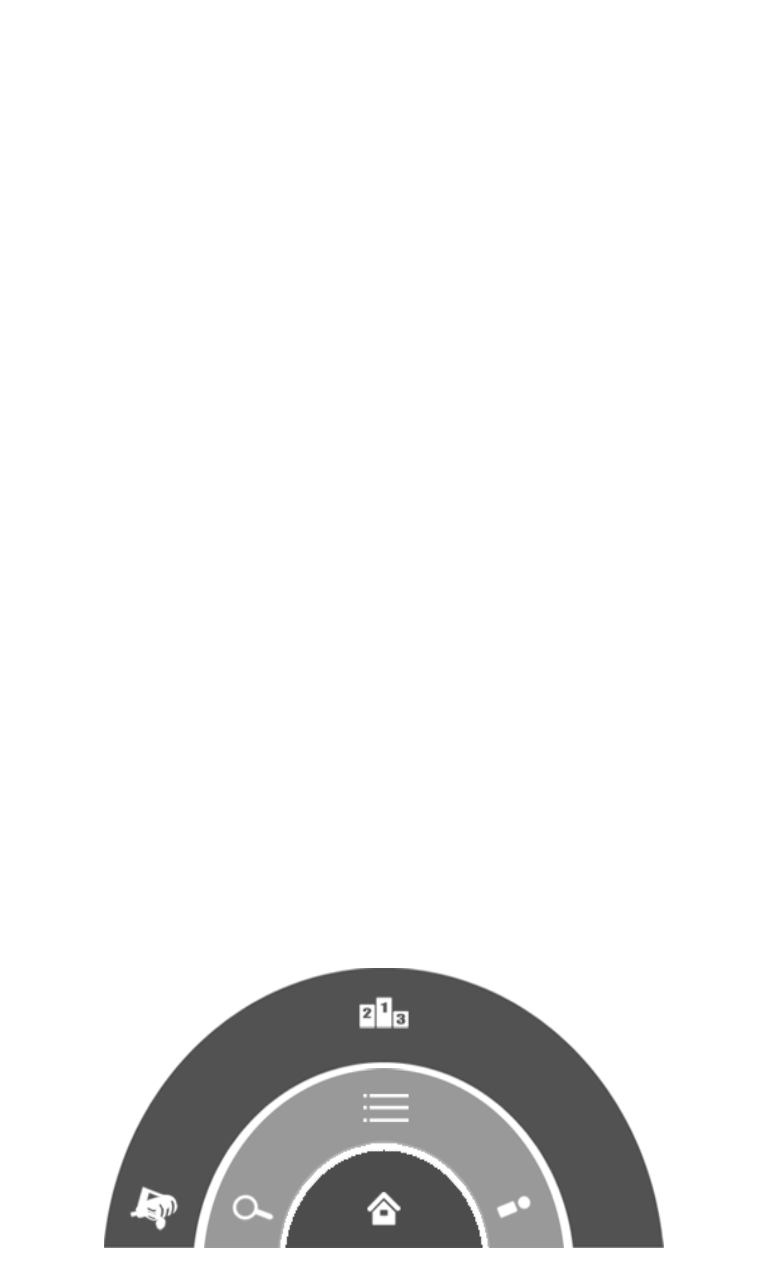
Repository: xfhy/Usually-learn-Android
Layout: 自定义控件/02_优酷菜单/res/layout/activity_main.xml
These files come from the project's save history. The layout is drawn as it stood at one moment and after the next save; the edit follows.
It is drawn on a 768 x 1280 px phone screen (xhdpi) without system bars, with theme AppTheme; the app's code is not run. The app's manifest (not shown) leaves right-to-left support off. So textAlignment, textDirection and layoutDirection are ignored, and left and right values win over start and end ones.

Above is the layout before, as saved 2017-03-29 01:44:55.

### 自定义控件/02_优酷菜单/res/layout/activity_main.xml
<RelativeLayout xmlns:android="http://schemas.android.com/apk/res/android"
    xmlns:tools="http://schemas.android.com/tools"
    android:layout_width="match_parent"
    android:layout_height="match_parent"
    android:paddingBottom="@dimen/activity_vertical_margin"
    android:paddingLeft="@dimen/activity_horizontal_margin"
    android:paddingRight="@dimen/activity_horizontal_margin"
    android:paddingTop="@dimen/activity_vertical_margin"
    tools:context="com.xfhy.youkumenu.MainActivity$PlaceholderFragment" >

    <RelativeLayout
        android:layout_width="100dp"
        android:layout_height="50dp"
        android:layout_alignParentBottom="true"
        android:layout_centerHorizontal="true"
        android:background="@drawable/level1" >

        <ImageButton
            android:layout_width="wrap_content"
            android:layout_height="wrap_content"
            android:layout_centerInParent="true"
            android:background="@null"
            android:src="@drawable/icon_home"/>

    </RelativeLayout>

    <RelativeLayout
        android:layout_width="180dp"
        android:layout_height="90dp"
        android:layout_alignParentBottom="true"
        android:layout_centerHorizontal="true"
        android:background="@drawable/level2" >

        <ImageButton
            android:layout_width="wrap_content"
            android:layout_height="wrap_content"
            android:layout_centerHorizontal="true"
            android:background="@null"
            android:layout_marginTop="5dp"
            android:src="@drawable/icon_menu"/>

        <ImageButton
            android:layout_width="wrap_content"
            android:layout_height="wrap_content"
            android:background="@null"
			android:layout_alignParentBottom="true"
			android:layout_alignParentStart="true"
			android:layout_marginStart="10dp"
			android:layout_marginBottom="5dp"
            android:src="@drawable/icon_search"/>

        <ImageButton
            android:layout_width="wrap_content"
            android:layout_height="wrap_content"
            android:background="@null"
			android:layout_alignParentBottom="true"
			android:layout_alignParentEnd="true"
			android:layout_marginEnd="10dp"
			android:layout_marginBottom="5dp"
            android:src="@drawable/icon_myyouku"/>

    </RelativeLayout>

    <RelativeLayout
        android:layout_width="280dp"
        android:layout_height="140dp"
        android:layout_alignParentBottom="true"
        android:layout_centerHorizontal="true"
        android:background="@drawable/level3" >

        <ImageButton
            android:layout_width="wrap_content"
            android:layout_height="wrap_content"
            android:layout_centerHorizontal="true"
            android:background="@null"
            android:layout_marginTop="7dp"
            android:src="@drawable/channel4"/>

        <ImageButton
            android:layout_width="wrap_content"
            android:layout_height="wrap_content"
            android:background="@null"
			android:layout_alignParentBottom="true"
			android:layout_alignParentStart="true"
			android:layout_marginStart="10dp"
			android:layout_marginBottom="5dp"
            android:src="@drawable/channel1"/>

        <ImageButton
            android:layout_width="wrap_content"
            android:layout_height="wrap_content"
            android:background="@null"
			android:layout_alignParentBottom="true"
			android:layout_alignParentStart="true"
			android:layout_marginStart="10dp"
			android:layout_marginBottom="5dp"
            android:src="@drawable/channel7"/>

    </RelativeLayout>

</RelativeLayout>

Loaded but not shown: 自定义控件/02_优酷菜单/res/values/styles.xml (common file); 自定义控件/02_优酷菜单/res/values-v11/styles.xml (common file); 自定义控件/02_优酷菜单/res/values-v14/styles.xml (common file); 自定义控件/02_优酷菜单/res/values/dimens.xml (common file); 自定义控件/02_优酷菜单/res/values-w820dp/dimens.xml (common file)

After the next save:
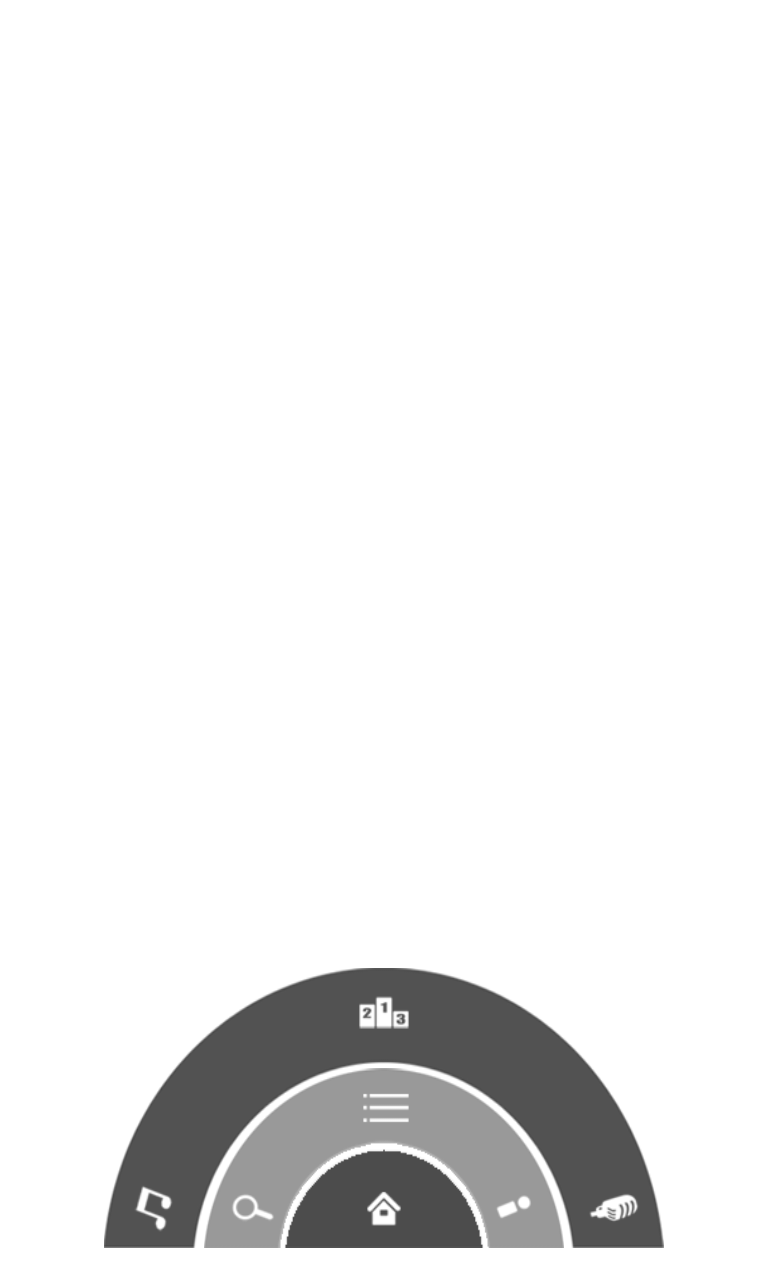
Saved 10 s later.
--- a/自定义控件/02_优酷菜单/res/layout/activity_main.xml
+++ b/自定义控件/02_优酷菜单/res/layout/activity_main.xml
@@ -91,8 +91,8 @@
             android:layout_height="wrap_content"
             android:background="@null"
 			android:layout_alignParentBottom="true"
-			android:layout_alignParentStart="true"
-			android:layout_marginStart="10dp"
+			android:layout_alignParentEnd="true"
+			android:layout_marginEnd="10dp"
 			android:layout_marginBottom="5dp"
             android:src="@drawable/channel7"/>
 
